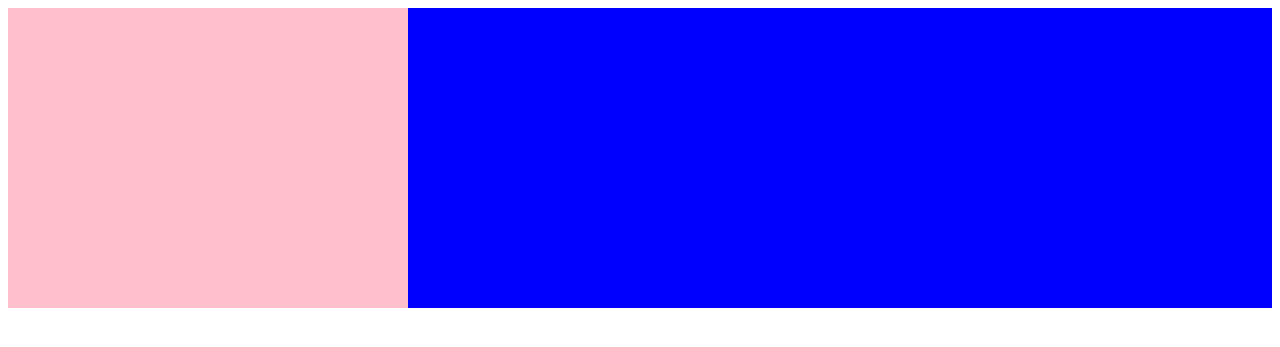
Repository: MMXiaohang/frontend-interview-coding
Page: 16.双栏布局.html
The author's editor kept a copy of each file at every save. The page is drawn from the files as they stood at one save, then again after the next save.
The browser window is 1280 px wide. The pictures show the whole page.

Above is the page before, as saved 2022-08-22 23:06:45.

After the next save:
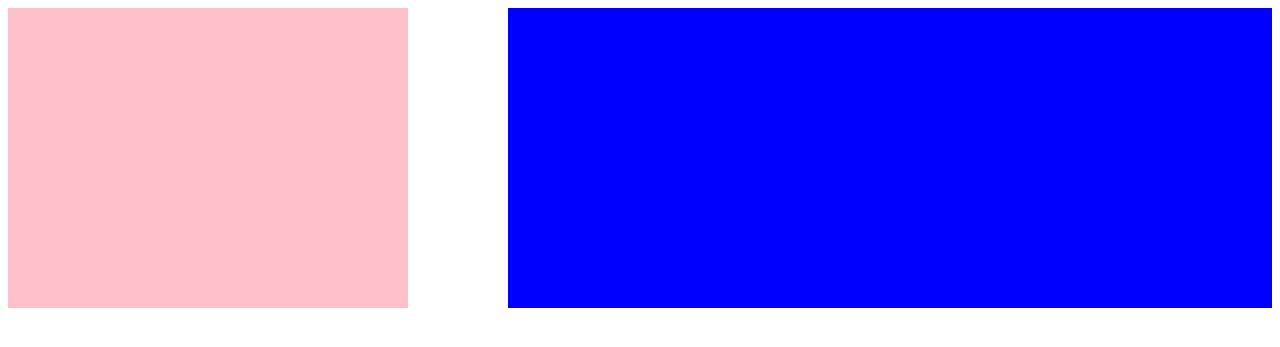
Saved 12 s later.
--- a/16.双栏布局.html
+++ b/16.双栏布局.html
@@ -23,7 +23,7 @@
 
         #center{
             overflow: auto; /*1*/
-            margin-left: 400px; /*2 4*/
+            margin-left: 500px; /*2 4*/
             /* flex: 1;  3 */
             height: 100%;
             background-color: blue;

After the save that followed:
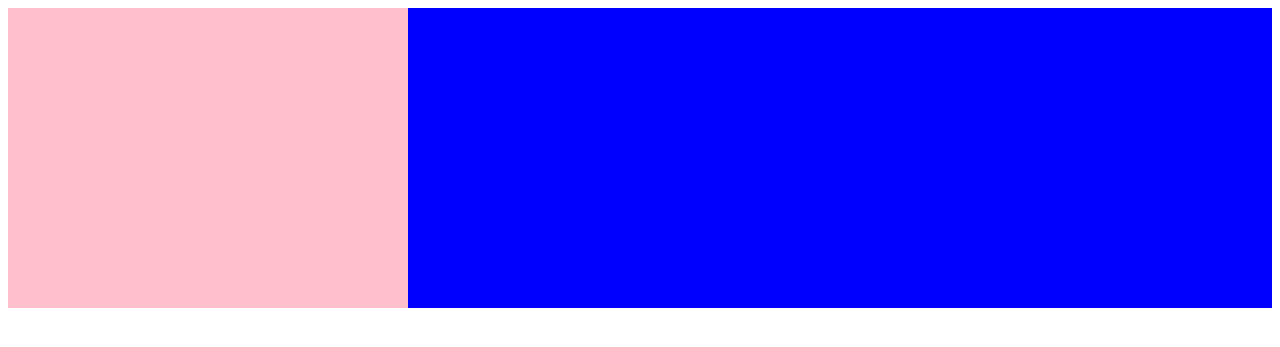
Saved 22 s later.
--- a/16.双栏布局.html
+++ b/16.双栏布局.html
@@ -23,7 +23,7 @@
 
         #center{
             overflow: auto; /*1*/
-            margin-left: 500px; /*2 4*/
+            margin-left: 100px; /*2 4*/
             /* flex: 1;  3 */
             height: 100%;
             background-color: blue;
